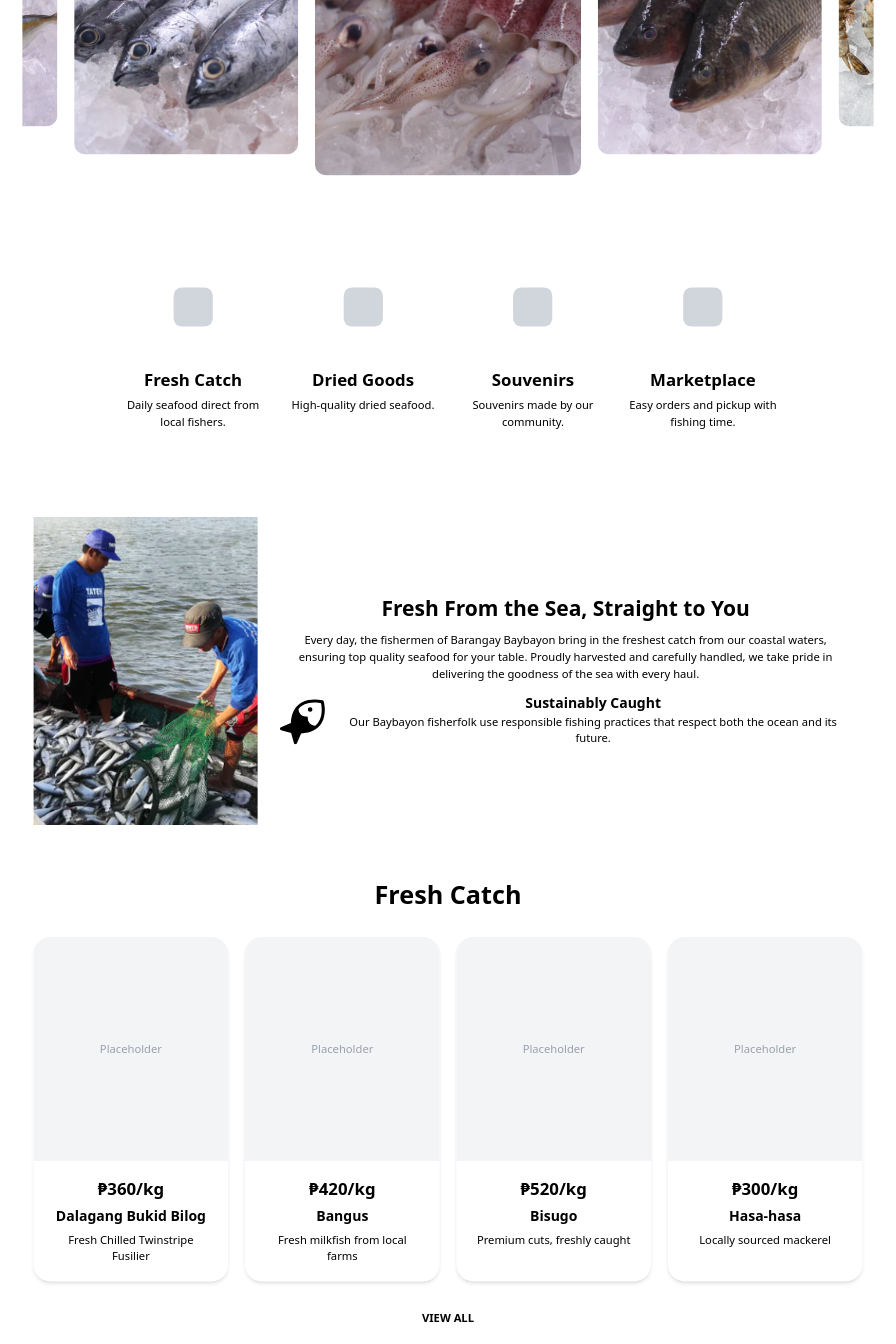
Repository: Coast2Card/coast2cart-frontend
Page: /
An editor plug-in stored every save of this project. The page is shown before and after the next save, followed by the edit.
The browser window is 1280 px wide. The pictures show the part of the page from y = 861 to 2781 px (the page is 2945 px tall), at 70% of full size.
The project was rebuilt for these pictures with package versions that can differ from the ones it lists, and the page was loaded fresh each time. Also part of the build but not shown: vite.config.js, src/pages/Seafood.jsx, src/pages/Souvenirs.jsx, src/pages/About.jsx, src/pages/Cart.jsx, src/pages/Profile.jsx, src/pages/Colors.jsx.

Above is the page before, as saved 2025-09-07 15:47:02.

### index.html
<!DOCTYPE html>
<html lang="en" data-theme="coast2cart">
  <head>
    <meta charset="UTF-8" />
    <!-- <link rel="icon" type="image/svg+xml" href="/vite.svg" /> -->
    <meta name="viewport" content="width=device-width, initial-scale=1.0" />
    <title>Coast2Cart</title>
  </head>
  <body>
    <div id="root"></div>
    <script type="module" src="/src/main.jsx"></script>
  </body>
</html>

### src/App.jsx
import { Routes, Route } from "react-router-dom";
import Layout from "./components/Layout";
import Home from "./pages/Home";
import Seafood from "./pages/Seafood";
import Souvenirs from "./pages/Souvenirs";
import About from "./pages/About";
import Cart from "./pages/Cart";
import Profile from "./pages/Profile";
import Colors from "./pages/Colors";
import "./App.css";

function App() {
  return (
    <Routes>
      {/* Routes with shared layout */}
      <Route path="/" element={<Layout />}>
        <Route index element={<Home />} />
        <Route path="seafood" element={<Seafood />} />
        <Route path="souvenirs" element={<Souvenirs />} />
        <Route path="about" element={<About />} />
        <Route path="cart" element={<Cart />} />
        <Route path="profile" element={<Profile />} />
        <Route path="colors" element={<Colors />} />
      </Route>
    </Routes>
  );
}

export default App;

### src/components/Layout.jsx
import { Outlet } from "react-router-dom";
import Navbar from "./Navbar";

const Layout = () => {
  return (
    <div className="min-h-screen bg-base-200">
      {/* Navigation Header */}
      <Navbar />

      {/* Main Content */}
      <main className=" mx-auto  ">
        <Outlet />
      </main>

      {/* Footer */}
      <footer className="bg-base-100 border-t border-base-300 mt-auto">
        <div className="max-w-7xl mx-auto py-4 px-4 sm:px-6 lg:px-8">
          <p className="text-center text-base-content/70 text-sm">
            © 2024 Coast2Cart. All rights reserved.
          </p>
        </div>
      </footer>
    </div>
  );
};

export default Layout;

### src/pages/Home.jsx
import homeBanner from "../assets/images/home_banner.jpg";
import baybayonLogo from "../assets/logos/c2c_white_transparent.png";
import fish1 from "../assets/images/home_fish1.png";
import fish2 from "../assets/images/home_fish2.png";
import fish3 from "../assets/images/home_fish3.png";
import fish4 from "../assets/images/home_fish4.png";
import fish5 from "../assets/images/home_fish5.png";
import HomeFeatures from "../components/home/HomeFeatures";
import HomeFreshCatch from "../components/home/HomeFreshCatch";
import HomeGallery from "../components/home/HomeGallery";
const Home = () => {
  return (
    <main className="relative overflow-x-hidden">
      {/* Home Banner */}
      <section className="w-full h-[70vh] md:h-185 relative">
        <img
          src={homeBanner}
          alt="Home Banner"
          className="w-full h-full object-cover relative z-4"
          onError={(e) => {
            console.log("Image failed to load:", homeBanner);
            e.target.style.display = "none";
          }}
          onLoad={() => console.log("Image loaded successfully:", homeBanner)}
        />

        <div className="absolute inset-0 bg-black opacity-60 z-10"></div>

        <div className="absolute inset-0 z-20 flex items-start py-20 justify-center">
          <div className="text-center text-white">
            <h1 className="text-xl sm:text-2xl lg:text-3xl font-extrabold font-display mb-[-30px] sm:mb-[-30px] md:mb-[-35px] lg:mb-[-47px]">
              Sea the best of Baybayon, from
            </h1>
            <img
              className="w-6/8 sm:w-5/8 md:4/8 lg:3/8 max-w-270 h-auto mx-auto "
              src={baybayonLogo}
            />
            <button className="mt-[-10px] bg-secondary text-primary uppercase px-6 py-2 rounded-full text-md sm:text-lg font-semibold hover:bg-secondary/90 transition-colors">
              Shop Now
            </button>
          </div>
        </div>
      </section>
      <section className=" relative overflow-hidden w-[140vw] flex items-center justify-center gap-6 mb-25   z-30 -mt-61 sm:-mt-60 left-1/2 -translate-x-1/2">
        <img
          src={fish1}
          alt="Fish 1"
          className="min-w-60 sm:w-65 h-90 object-cover rounded-2xl"
        />
        <img
          src={fish2}
          alt="Fish 2"
          className="min-w-65 h-85 sm:w-80 sm:h-110 object-cover rounded-2xl"
        />
        <img
          src={fish3}
          alt="Fish 3"
          className="min-w-75 h-115 sm:w-95 sm:h-125 object-cover rounded-2xl"
        />
        <img
          src={fish4}
          alt="Fish 4"
          className="min-w-65 h-90 sm:w-80 sm:h-110 object-cover rounded-2xl"
        />
        <img
          src={fish5}
          alt="Fish 5"
          className="min-w-60 sm:w-65 h-90 object-cover rounded-2xl"
        />
      </section>
      <section className="max-w-8xl mx-auto p-4 flex flex-col">
        <HomeFeatures className="mb-25" />
        <HomeGallery />
        <HomeFreshCatch />
      </section>
    </main>
  );
};

export default Home;

### src/components/Navbar.jsx
import { Link, useLocation } from "react-router-dom";
import { useState } from "react";
import { navLinks } from "../data/navigation";
import c2cLogo from "../assets/logos/c2c_transparent.png";
import searchIcon from "../assets/icons/search.png";
import cartIcon from "../assets/icons/cart.png";
import profileIcon from "../assets/icons/profile.png";
import commentIcon from "../assets/icons/comment.png";
const Navbar = () => {
  const location = useLocation();
  const [isMobileMenuOpen, setIsMobileMenuOpen] = useState(false);

  const isActive = (path) => {
    return location.pathname === path;
  };

  const toggleMobileMenu = () => {
    setIsMobileMenuOpen(!isMobileMenuOpen);
  };

  const closeMobileMenu = () => {
    setIsMobileMenuOpen(false);
  };

  return (
    <nav className="bg-base-300 shadow-lg py-2 sticky top-0 z-50">
      <div className="mx-auto px-6 sm:px-6 lg:px-8">
        <div className="flex justify-between h-16">
          <div className="flex items-center">
            <Link to="/" className="flex-shrink-0">
              <img src={c2cLogo} alt="Coast2Cart" className="h-17" />
            </Link>
          </div>

          {/* Desktop Navigation */}
          <div className="hidden md:flex items-center space-x-8">
            {navLinks.map((link) => (
              <Link
                key={link.path}
                to={link.path}
                className={`px-3 py-2 rounded-md text-md font-bold transition-colors ${
                  isActive(link.path)
                    ? " text-accent after:content-[''] after:block after:w-full after:h-0.5 after:bg-accent after:rounded-full"
                    : "text-black hover:text-primary hover:bg-base-200"
                }`}
              >
                {link.label}
              </Link>
            ))}
          </div>

          {/* Desktop Icons - Hidden on mobile */}
          <div className="hidden md:flex items-center gap-4 lg:gap-6">
            <img
              src={searchIcon}
              alt="Search"
              className="h-5 w-5 lg:h-5.5 lg:w-5.5 hover:cursor-pointer hover:opacity-60 transition-opacity duration-300"
            />
            <img
              src={commentIcon}
              alt="Comment"
              className="h-5 w-5 lg:h-5.5 lg:w-5.5 hover:cursor-pointer hover:opacity-60 transition-opacity duration-300"
            />
            <img
              src={cartIcon}
              alt="Cart"
              className="h-5 w-5 lg:h-5.5 lg:w-5.5 hover:cursor-pointer hover:opacity-60 transition-opacity duration-300"
            />
            <img
              src={profileIcon}
              alt="Profile"
              className="h-5 w-5 lg:h-5.5 lg:w-5.5 hover:cursor-pointer hover:opacity-60 transition-opacity duration-300"
            />
          </div>

          {/* Mobile menu button */}
          <div className="md:hidden flex items-center">
            <button
              onClick={toggleMobileMenu}
              className="inline-flex items-center justify-center p-2 rounded-md text-base-content hover:text-primary hover:bg-base-200 focus:outline-none focus:ring-2 focus:ring-inset focus:ring-primary"
              aria-expanded="false"
            >
              <span className="sr-only">Open main menu</span>
              {!isMobileMenuOpen ? (
                <svg
                  className="block h-6 w-6"
                  xmlns="http://www.w3.org/2000/svg"
                  fill="none"
                  viewBox="0 0 24 24"
                  stroke="currentColor"
                  aria-hidden="true"
                >
                  <path
                    strokeLinecap="round"
                    strokeLinejoin="round"
                    strokeWidth="2"
                    d="M4 6h16M4 12h16M4 18h16"
                  />
                </svg>
              ) : (
                <svg
                  className="block h-6 w-6"
                  xmlns="http://www.w3.org/2000/svg"
                  fill="none"
                  viewBox="0 0 24 24"
                  stroke="currentColor"
                  aria-hidden="true"
                >
                  <path
                    strokeLinecap="round"
                    strokeLinejoin="round"
                    strokeWidth="2"
                    d="M6 18L18 6M6 6l12 12"
                  />
                </svg>
              )}
            </button>
          </div>
        </div>
      </div>

      {/* Mobile Navigation Menu */}
      <div className={`md:hidden ${isMobileMenuOpen ? "block" : "hidden"}`}>
        <div className="px-2 pt-2 pb-3 space-y-1 sm:px-3 bg-base-100 border-t border-base-300">
          {navLinks.map((link) => (
            <Link
              key={link.path}
              to={link.path}
              onClick={closeMobileMenu}
              className={`block px-3 py-2 rounded-md text-base font-medium transition-colors ${
                isActive(link.path)
                  ? "bg-primary text-primary-content"
                  : "text-base-content hover:text-primary hover:bg-base-200"
              }`}
            >
              {link.label}
            </Link>
          ))}

          {/* Mobile Icons */}
          <div className="flex items-center justify-center gap-6 pt-4 border-t border-base-300 mt-4">
            <img
              src={searchIcon}
              alt="Search"
              className="h-6 w-6 hover:cursor-pointer hover:opacity-60 transition-opacity duration-300"
            />
            <img
              src={commentIcon}
              alt="Comment"
              className="h-6 w-6 hover:cursor-pointer hover:opacity-60 transition-opacity duration-300"
            />
            <img
              src={cartIcon}
              alt="Cart"
              className="h-6 w-6 hover:cursor-pointer hover:opacity-60 transition-opacity duration-300"
            />
            <img
              src={profileIcon}
              alt="Profile"
              className="h-6 w-6 hover:cursor-pointer hover:opacity-60 transition-opacity duration-300"
            />
          </div>
        </div>
      </div>
    </nav>
  );
};

export default Navbar;

### src/components/home/HomeFeatures.jsx
import cartIcon from "../../assets/icons/cart.png";
import commentIcon from "../../assets/icons/comment.png";
import profileIcon from "../../assets/icons/profile.png";
import searchIcon from "../../assets/icons/search.png";

const features = [
  {
    icon: cartIcon,
    title: "Fresh Catch",
    description: "Daily seafood direct from local fishers.",
  },
  {
    icon: searchIcon,
    title: "Dried Goods",
    description: "High-quality dried seafood.",
  },
  {
    icon: commentIcon,
    title: "Souvenirs",
    description: "Souvenirs made by our community.",
  },
  {
    icon: profileIcon,
    title: "Marketplace",
    description: "Easy orders and pickup with fishing time.",
  },
];

const HomeFeatures = ({ className = "" }) => {
  return (
    <article className={` mx-auto w-full ${className}`}>
      <section className="grid grid-cols-1 sm:grid-cols-2 space-y-6 lg:grid-cols-4 gap-6 sm:w-[95%] lg:w-[90%] xl:w-[80%] mx-auto">
        {features.map((item, index) => (
          <div
            key={index}
            className="flex flex-col items-center justify-start gap-2"
          >
            <div className="bg-accent mb-2 p-11 sm:p-11 flex justify-center items-center rounded-full">
              <div className="bg-gray-300 rounded-xl p-1 h-14 w-14"></div>
            </div>
            <h3 className="text-2xl font-bold text-primary">{item.title}</h3>
            <h3 className="text-md text-center">{item.description}</h3>
          </div>
        ))}
      </section>
    </article>
  );
};

export default HomeFeatures;

### src/components/home/HomeFreshCatch.jsx
const freshCatchItems = [
  {
    id: 1,
    price: "₱360/kg",
    name: "Dalagang Bukid Bilog",
    description: "Fresh Chilled Twinstripe Fusilier",
    image: null,
  },
  {
    id: 2,
    price: "₱420/kg",
    name: "Bangus",
    description: "Fresh milkfish from local farms",
    image: null,
  },
  {
    id: 3,
    price: "₱520/kg",
    name: "Bisugo",
    description: "Premium cuts, freshly caught",
    image: null,
  },
  {
    id: 4,
    price: "₱300/kg",
    name: "Hasa-hasa",
    description: "Locally sourced mackerel",
    image: null,
  },
];

const HomeFreshCatch = ({ className = "" }) => {
  return (
    <div className={`flex flex-col text-center ${className}`}>
      <h1 className="text-4xl font-bold text-accent mb-10">Fresh Catch</h1>
      <section className="grid grid-cols-1 sm:grid-cols-2 xl:grid-cols-4  gap-6 mb-8">
        {freshCatchItems.map((item) => (
          <div
            key={item.id}
            className="flex flex-col shadow-md overflow-hidden rounded-3xl"
          >
            <div className="bg-gray-100 h-80 flex items-center justify-center text-gray-400">
              Placeholder
            </div>
            <div className="bg-white p-6  flex flex-col gap-2 text-center items-center justify-center">
              <h3 className="text-success text-2xl font-bold">{item.price}</h3>
              <h3 className="text-black font-bold text-xl">{item.name}</h3>
              <p className="text-md">{item.description}</p>
            </div>
          </div>
        ))}
      </section>
      <div className="mb-20">
        <button className="bg-secondary text-primary uppercase px-6 py-2 rounded-full text-md font-semibold hover:bg-secondary/90 transition-colors">
          View All
        </button>
      </div>
    </div>
  );
};

export default HomeFreshCatch;

### src/components/home/HomeGallery.jsx
import React from "react";
import homeGallery1 from "../../assets/images/home_gallery1.png";
import FishIcon from "../icons/FishIcon";
const HomeGallery = () => {
  return (
    <div className="w-full flex gap-4 mb-20 ">
      <div className="flex-1 min-w-80 w-full h-110 ">
        <img src={homeGallery1} className="w-full h-full object-cover  " />
      </div>
      <div className=" flex flex-col min-w-20  p-4 gap-4 justify-center">
        <h2 className="font-bold text-3xl text-primary">
          Fresh From the Sea, Straight to You
        </h2>
        <p className="text-md">
          Every day, the fishermen of Barangay Baybayon bring in the freshest
          catch from our coastal waters, ensuring top quality seafood for your
          table. Proudly harvested and carefully handled, we take pride in
          delivering the goodness of the sea with every haul.
        </p>
        <div className="flex items-start gap-2 text-primary">
          <div className="h-18 w-18 font-bold pt-0.5">
            <FishIcon />
          </div>
          <div className="flex flex-col">
            <h3 className="font-bold text-xl">Sustainably Caught</h3>
            <p className="text-black">
              Our Baybayon fisherfolk use responsible fishing practices that
              respect both the ocean and its future.
            </p>
          </div>
        </div>
      </div>
    </div>
  );
};

export default HomeGallery;

### src/data/navigation.js
// Navigation links data
export const navLinks = [
  { path: "/", label: "Home" },
  { path: "/seafood", label: "Seafood" },
  { path: "/souvenirs", label: "Souvenirs" },
  { path: "/about", label: "About" },
  // { path: "/cart", label: "Cart" },
  // { path: "/profile", label: "Profile" },
  // { path: "/colors", label: "Colors" },
];

### src/components/icons/FishIcon.jsx
import React from "react";

const FishIcon = () => {
  return (
    <div>
      <svg
        xmlns="http://www.w3.org/2000/svg"
        viewBox="0 0 256 256"
        className="text-primary fill-primary"
      >
        <rect width="256" height="256" fill="none" />
        <path d="M168,76a12,12,0,1,1-12-12A12,12,0,0,1,168,76Zm48.72,67.64c-19.37,34.9-55.44,53.76-107.24,56.1l-22,51.41A8,8,0,0,1,80.1,256l-.51,0a8,8,0,0,1-7.19-5.78L57.6,198.39,5.8,183.56a8,8,0,0,1-1-15.05l51.41-22c2.35-51.78,21.21-87.84,56.09-107.22,24.75-13.74,52.74-15.84,71.88-15.18,18.64.64,36,4.27,38.86,6a8,8,0,0,1,2.83,2.83c1.69,2.85,5.33,20.21,6,38.85C232.55,90.89,230.46,118.89,216.72,143.64Zm-4.3-100.07c-14.15-3-64.1-11-100.3,14.75a81.21,81.21,0,0,0-16,15.07,36,36,0,0,0,39.35,38.44,8,8,0,0,1,8.73,8.73,36,36,0,0,0,38.47,39.34,80.81,80.81,0,0,0,15-16C223.42,107.73,215.42,57.74,212.42,43.57Z" />
      </svg>
    </div>
  );
};

export default FishIcon;

Loaded but not shown: src/main.jsx (common file); src/index.css (common file); src/App.css (common file)

After the next save:
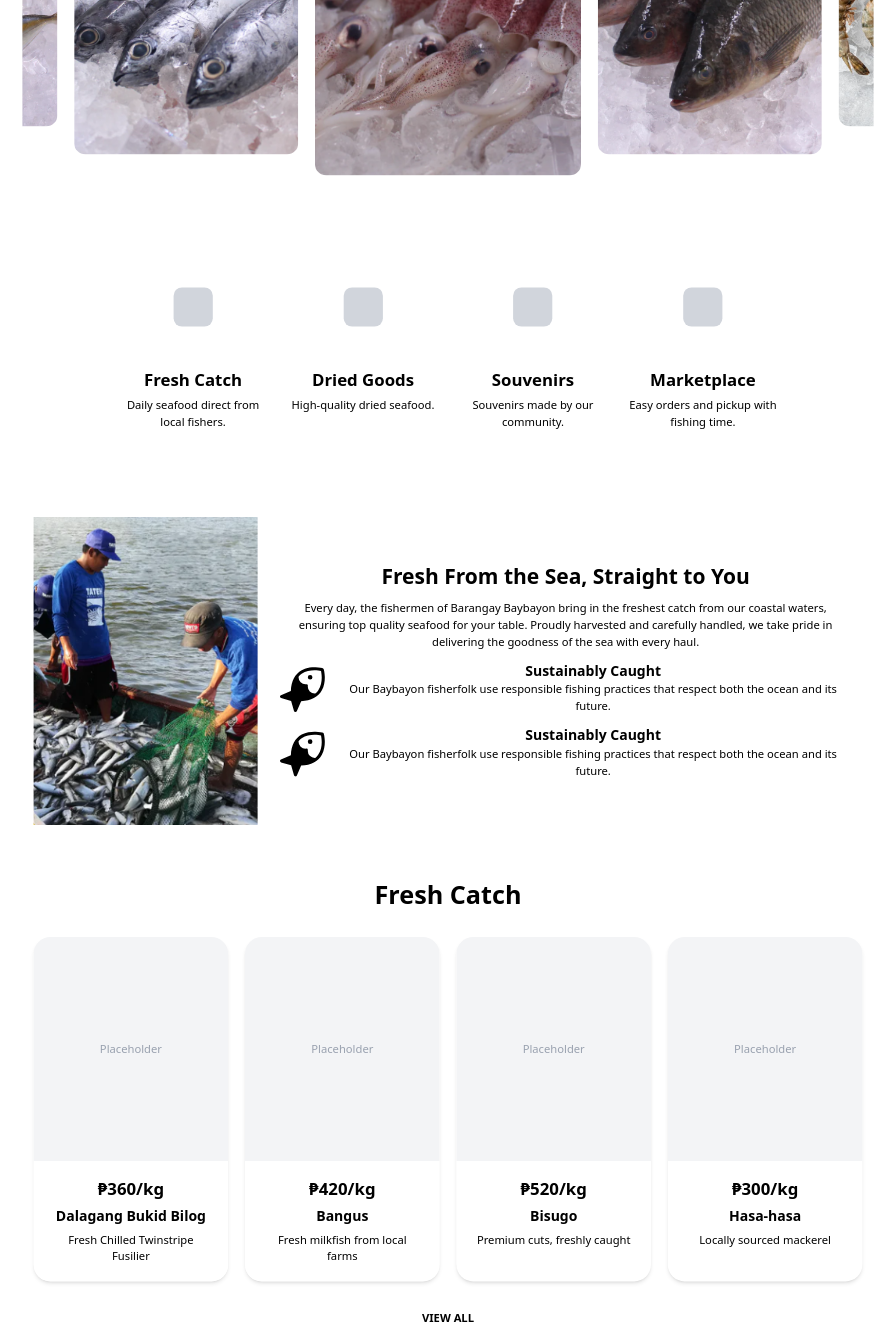
Saved 5 s later.
--- a/src/components/home/HomeGallery.jsx
+++ b/src/components/home/HomeGallery.jsx
@@ -29,6 +29,18 @@ const HomeGallery = () => {
             </p>
           </div>
         </div>
+        <div className="flex items-start gap-2 text-primary">
+          <div className="h-18 w-18 font-bold pt-0.5">
+            <FishIcon />
+          </div>
+          <div className="flex flex-col">
+            <h3 className="font-bold text-xl">Sustainably Caught</h3>
+            <p className="text-black">
+              Our Baybayon fisherfolk use responsible fishing practices that
+              respect both the ocean and its future.
+            </p>
+          </div>
+        </div>
       </div>
     </div>
   );
